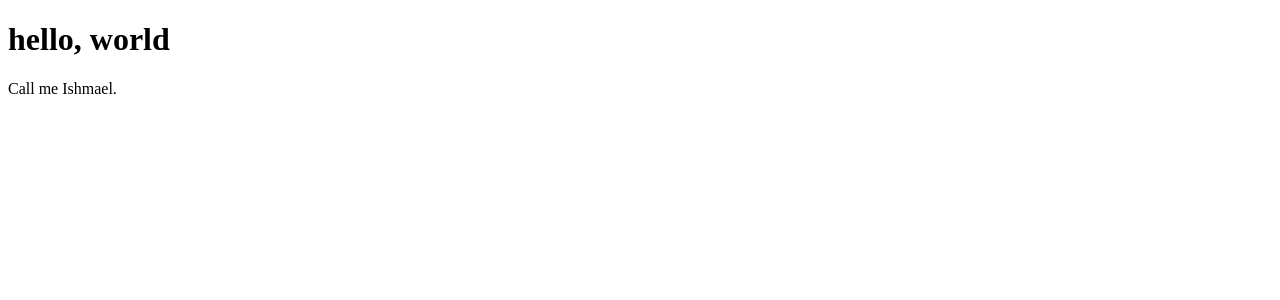
Repository: rvass/learn-enough-git
Page: index.html
The author's editor kept a record of every edit. The page is drawn from the files as they stood at one moment, then again after the next edit.
The browser window is 1280 px wide. The pictures show the whole page.

Above is the page before.

After the next edit:
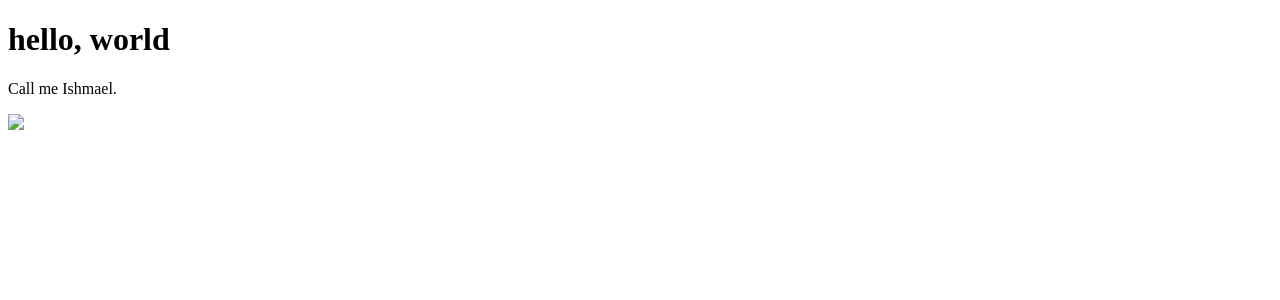
Not found: images/breaching_whale.jpg
The edit:
--- a/index.html
+++ b/index.html
@@ -1,10 +1,11 @@
 <!DOCTYPE html>
 <html>
   <head>
-    <title>A whale of a greeting!</title>
+    <title>A whale of a greeting</title>
   </head>
   <body>
     <h1>hello, world</h1>
     <p>Call me Ishmael.</p>
+    <img src="images/breaching_whale.jpg">
   </body>
 </html>
